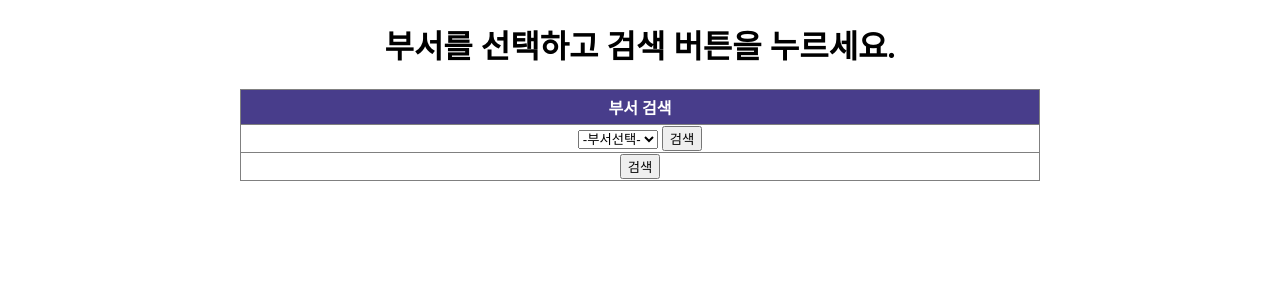
Repository: jongmin0919/soldesk_project
Page: http://localhost/chapter16_search/inputDept.jsp
An editor plug-in stored every save of this project. The page is shown before and after the next save, followed by the edit.
The browser window is 1280 px wide. The pictures show the whole page.
The page is served by Tomcat 9. Other server files are loaded and not shown.

Above is the page before, as saved 2024-08-15 03:35:44.

### searching_project/chapter16_search/WebContent/inputDept.jsp
<%@ page language="java" contentType="text/html; charset=UTF-8"
    pageEncoding="UTF-8"%>
<!DOCTYPE html>
<html>
<head>
<meta charset="UTF-8">
<title>Insert title here</title>
<style type="text/css">
	div{
		width: 800px;
		text-align: center;
		margin: auto;
	}
	table{
		width: 100%;
		border-collapse: collapse;
	}
	th, td{
		border: 1px solid gray;
	}
	th{
		padding: 5px;
		background-color: darkslateblue;
		color: white;
	}
</style>
</head>
<body>
	<div>
		<h1>부서를 선택하고 검색 버튼을 누르세요.</h1>
		<form>
			<table>
				<tr>
					<th>부서 검색</th>
				</tr>
				<tr>
					<td>
						<select name="department_id">
						  <option value="" disabled selected>-부서선택-</option>
						  <option value="10" >10</option>
						  <option value="20">20</option>
						  <option value="30">30</option>
						  <option value="40">40</option>
						  <option value="50">50</option>
						  <option value="60">60</option>
						  <option value="70">70</option>
						  <option value="80">80</option>
						  <option value="90">90</option>
						  <option value="100">100</option>
						  <option value="110">110</option>
						</select>
						<input type = "hidden" value = "deptList" name = "cmd">
						<input type="button" value="검색" onclick="searchOne(this.form)">
					</td>
				</tr>
				<tr>
					<td>
						<input type = "hidden">
						<input type = "button" value = "검색" onclick = "dynamicSearching(this.form)">
					</td>
				</tr>
			</table>
		</form>
	</div>
</body>
<script type="text/javascript">
	function dynamicSearching(f){
		f.action="/chapter16_search/Controller"
	    f.submit();
	}
</script>
</html>

After the next save:
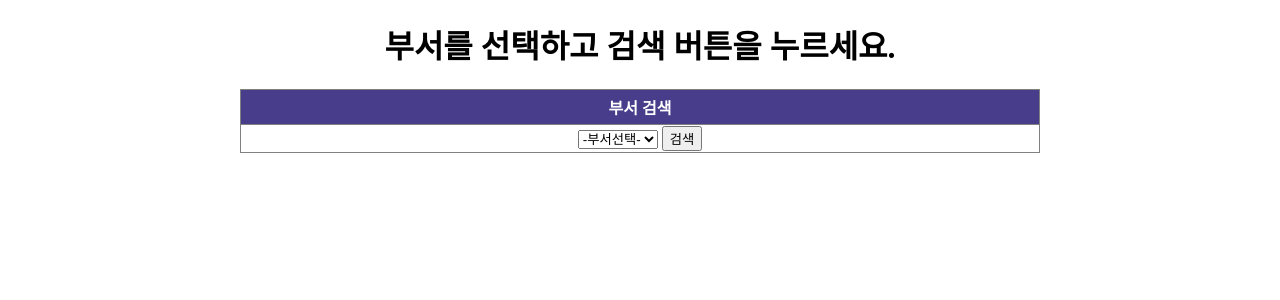
Saved 7 min 25 s later.
--- a/searching_project/chapter16_search/WebContent/inputDept.jsp
+++ b/searching_project/chapter16_search/WebContent/inputDept.jsp
@@ -53,12 +53,6 @@
 						<input type="button" value="검색" onclick="searchOne(this.form)">
 					</td>
 				</tr>
-				<tr>
-					<td>
-						<input type = "hidden">
-						<input type = "button" value = "검색" onclick = "dynamicSearching(this.form)">
-					</td>
-				</tr>
 			</table>
 		</form>
 	</div>
